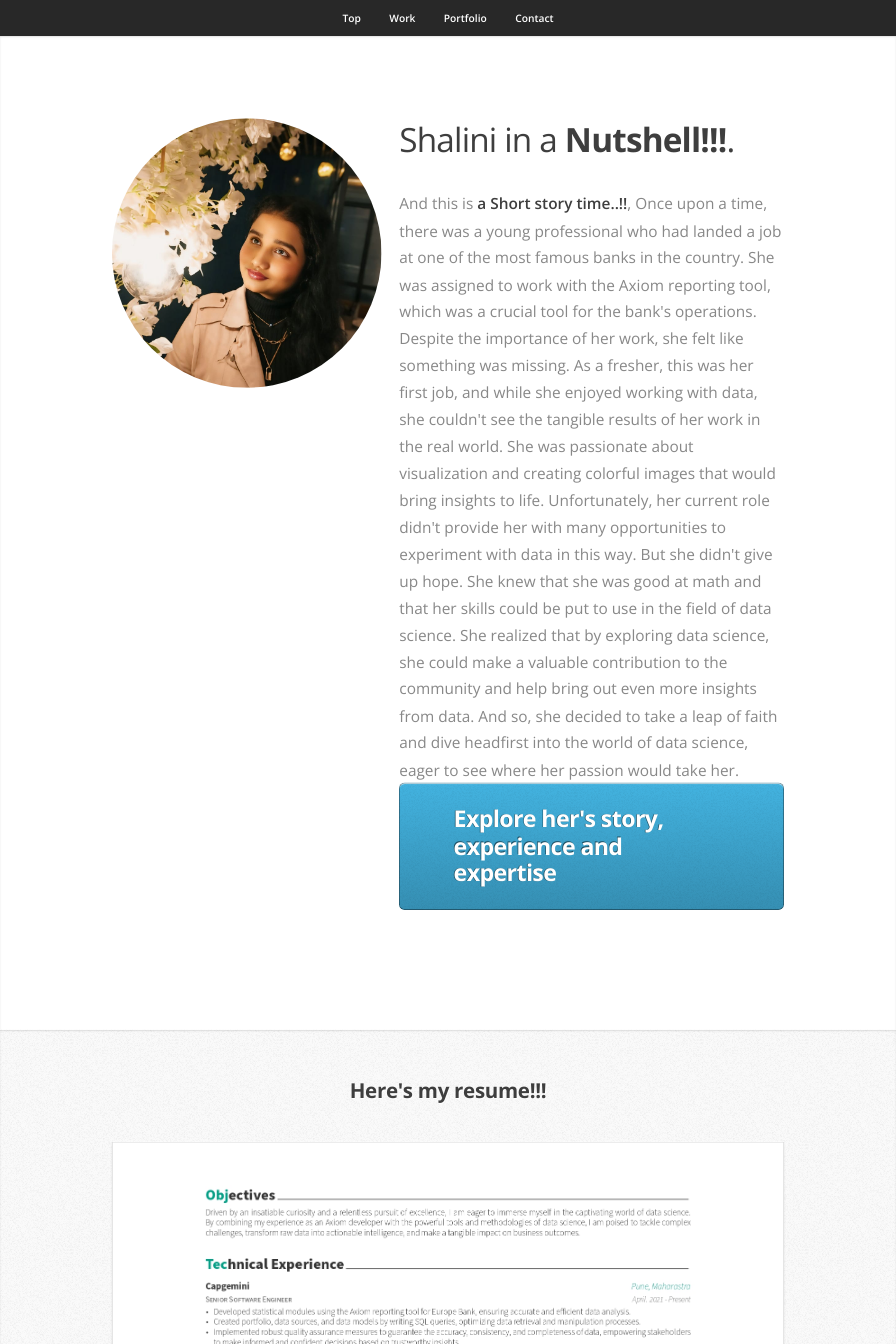
Repository: Shalini-Nanda-ds/Shalini-s-portfolio
Page: index.html
These files come from the project's save history. The page is drawn as it stood at one moment and after the next save; the edit follows.
The browser window is 1280 px wide. The pictures show the part of the page from y = 0 to 1920 px (the page is 4530 px tall), at 70% of full size.

Above is the page before, as saved 2025-03-21 11:39:22.

### index.html
<!DOCTYPE HTML>
<!--
	Miniport by HTML5 UP
	html5up.net | @ajlkn
	Free for personal and commercial use under the CCA 3.0 license (html5up.net/license)
-->
<html>
	<head>
		<title>Shalini's Portfolio</title>
		<meta charset="utf-8" />
		<meta name="viewport" content="width=device-width, initial-scale=1, user-scalable=no" />
		<link rel="stylesheet" href="assets/css/main.css" />
	</head>
	<body class="is-preload">

		<!-- Nav -->
			<nav id="nav">
				<ul class="container">
					<li><a href="#top">Top</a></li>
					<li><a href="#work">Work</a></li>
					<li><a href="#portfolio">Portfolio</a></li>
					<li><a href="#contact">Contact</a></li>
				</ul>
			</nav>

		<!-- Home -->
			<article id="top" class="wrapper style1">
				<div class="container">
					<div class="row">
						<div class="col-4 col-5-large col-12-medium">
							<img src="images/WhatsApp Image 2025-03-21 at 11.20.08 AM (1).jpeg" alt=""
            style="max-width: 100%; height: auto; border-radius: 50%; object-fit: cover; aspect-ratio: 1/1; display: block;"/>
						</div>
						<div class="col-8 col-7-large col-12-medium">
							<header>
								<h1>Shalini in a <strong>Nutshell!!!</strong>.</h1>
							</header>
							<p>And this is <strong>a Short story time..!!</strong>,
								Once upon a time, there was a young professional who had landed a job at one of the most famous banks in the country. She was assigned to work with the Axiom reporting tool, which was a crucial tool for the bank's operations. Despite the importance of her work, she felt like something was missing.

		As a fresher, this was her first job, and while she enjoyed working with data, she couldn't see the tangible results of her work in the real world. She was passionate about visualization and creating colorful images that would bring insights to life. Unfortunately, her current role didn't provide her with many opportunities to experiment with data in this way.

		But she didn't give up hope. She knew that she was good at math and that her skills could be put to use in the field of data science. She realized that by exploring data science, she could make a valuable contribution to the community and help bring out even more insights from data. And so, she decided to take a leap of faith and dive headfirst into the world of data science, eager to see where her passion would take her.
							<a href="#work" class="button large scrolly">Explore her's story, experience and expertise</a>
						</div>
					</div>
				</div>
			</article>
<!-- Work -->
<article id="work" class="wrapper style2">
	<div class="container">
		<header>
			<h2>Here's my resume!!!</h2>
		</header>
		<div class="row aln-center">
			<div class="col-12">
				<section class="box style1">
					<div class="resume-wrapper">
						<a href="images\Final_one.pdf" download>
							<img src="images\Final_one_page-0001.jpg" alt="Resume Preview" class="resume-image">
						</a>
					</div>
				</section>
			</div>
		</div>
		<div class="row aln-center">
			<div class="col-12">
				<footer class="align-center">
					<!-- Removed the "Download Resume" button -->
					<a href="#portfolio" class="button small scrolly">See some of my recent work</a>
				</footer>
			</div>
		</div>
	</div>
</article>




		<style>
			.resume-wrapper {
				width: 100%;
				max-width: 800px; /* Set your desired maximum width here */
				margin: 0 auto; /* Center the resume image horizontally */
				overflow: hidden;
				padding-bottom: 100%;
				position: relative;
			}

			.resume-image {
				position: absolute;
				top: 0;
				left: 0;
				width: 100%;
				height: 100%;
				object-fit: cover;
			}

			.align-center {
				text-align: center;
				margin-top: 2em;
			}

			.align-center .button {
				margin-top: 1em;
			}
		</style>



		<!-- Portfolio -->
		<article id="portfolio" class="wrapper style3">
			<div class="container">
				<header>
					<h2>Here’s some stuff I made recently.</h2>
					<!-- <p>Proin odio consequat sapien vestibulum consequat lorem dolore feugiat.</p> -->
				</header>
				<div class="row">
					<div class="col-4 col-6-medium col-12-small">
						<article class="box style2">
							<a href="https://github.com/Shalini-Nanda-ds/Movie-Recommendation-System" class="image featured" target="_blank"><img src="images\Movie_recommend.webp" alt="Movie Recommendation System" /></a>
							<h3><a href="https://github.com/Shalini-Nanda-ds/Movie-Recommendation-System" target="_blank">Movie Recommendation System</a></h3>
							<!-- <p>Ornare nulla proin odio consequat.</p> -->
						</article>
					</div>
					<div class="col-4 col-6-medium col-12-small">
						<article class="box style2">
							<a href="https://github.com/Shalini-Nanda-ds/Laptop-Price-Predictor" class="image featured" target="_blank"><img src="images/Laptop_price.webp" alt="Laptop Price Predictor" /></a>
							<h3><a href="https://github.com/Shalini-Nanda-ds/Laptop-Price-Predictor" target="_blank">Laptop Price Predictor</a></h3>
							<!-- <p>Ornare nulla proin odio consequat.</p> -->
							</article>
					</div>

					<div class="col-4 col-6-medium col-12-small">
						<article class="box style2">
							<a href="https://github.com/Shalini-Nanda-ds/Customer-Churn-Prediction" class="image featured" target="_blank"><img src="images\Customer_churn.webp" alt="Customer Churn Prediction" /></a>
							<h3><a href="https://github.com/Shalini-Nanda-ds/Customer-Churn-Prediction" target="_blank">Customer Churn Prediction</a></h3>
							<!-- <p>Ornare nulla proin odio consequat.</p> -->
							</article>
					</div>
					<div class="col-4 col-6-medium col-12-small">
						<article class="box style2">
							<a href="https://github.com/Shalini-Nanda-ds/Python-Portfolio" class="image featured" target="_blank"><img src="images/Python_preview.webp" alt="Python Portfolio" /></a>
							<h3><a href="https://github.com/Shalini-Nanda-ds/Python-Portfolio" target="_blank">Python Portfolio</a></h3>
							<!-- <p>Ornare nulla proin odio consequat.</p> -->
							</article>
					</div>
					<div class="col-4 col-6-medium col-12-small">
						<article class="box style2">
							<a href="https://github.com/Shalini-Nanda-ds/SQL-Portfolio" class="image featured" target="_blank"><img src="images\SQL_preview.webp" alt="SQL Portfolio" /></a>
							<h3><a href="https://github.com/Shalini-Nanda-ds/SQL-Portfolio" target="_blank">SQL Portfolio</a></h3>
							<!-- <p>Ornare nulla proin odio consequat.</p> -->
							</article>
					</div>
					<div class="col-4 col-6-medium col-12-small">
						<article class="box style2">
							<a href="https://github.com/Shalini-Nanda-ds/Student_Performance_.git" class="image featured" target="_blank"><img src="images\Student_perform.webp" alt="Student Performance" /></a>
							<h3><a href="https://github.com/Shalini-Nanda-ds/Student_Performance_.git" target="_blank">Student Performance</a></h3>
							<!-- <p>Ornare nulla proin odio consequat.</p> -->
							</article>
					</div>
					<div class="col-4 col-6-medium col-12-small">
						<article class="box style2">
							<a href="https://github.com/Shalini-Nanda-ds/Ecommerce_dashboard.git" class="image featured" target="_blank"><img src="images\e_commerce_preview.webp" alt="Ecommerce dashboard" /></a>
							<h3><a href="https://github.com/Shalini-Nanda-ds/Ecommerce_dashboard.git" target="_blank">Ecommerce Dashboard 📈💰📊</a></h3>
							<!-- <p>Ornare nulla proin odio consequat.</p> -->
							</article>
					</div>
					<div class="col-4 col-6-medium col-12-small">
						<article class="box style2">
							<a href="https://github.com/Shalini-Nanda-ds/HR_Analytics_Dashboard.git" class="image featured" target="_blank"><img src="images\HR_report_preview.webp" alt="HR Analytics Report" /></a>
							<h3><a href="https://github.com/Shalini-Nanda-ds/HR_Analytics_Dashboard.git" target="_blank">HR Analytics Report 🧑🏻‍💻👩🏻📈</a></h3>
							<!-- <p>Ornare nulla proin odio consequat.</p> -->
							</article>
					</div>

				</div>
				<footer class="align-center">
					<!-- <p>Lorem ipsum dolor sit sapien vestibulum ipsum primis?</p> -->
					<a href="#contact" class="button large scrolly">Get in touch with me</a>
				</footer>
			</div>
		</article>


		<!-- Contact -->
		<article id="contact" class="wrapper style4">
			<div class="container medium">
				<div class="row">
					<div class="col-12">
						<hr />
						<h3>Find me on ...</h3>
						<ul class="social">
							<li><a href="https://www.linkedin.com/in/shnanda-ds/" target="_blank" class="icon brands fa-linkedin-in"><span class="label">LinkedIn</span></a></li>
							<li><a href="mailto:shnanda.datascientist07@gmail.com" target="_blank" class="icon solid fa-envelope"><span class="label">Email</span></a></li>
							<li><a href="https://github.com/Shalini-Nanda-ds" target="_blank" class="icon brands fa-github"><span class="label">Github</span></a></li>
							<li><a href="https://datataleswithshalini.blogspot.com" target="_blank" class="icon brands fa-blogger"><span class="label">Blogger</span></a></li>
							<li><a href="tel:+91 9123102656" target="_blank" class="icon solid fa-phone"><span class="label">Phone</span></a></li>
						</ul>
						<hr />
					</div>

				<!-- </div>
				<footer>
					<ul id="copyright">
						<li>&copy; Untitled. All rights reserved.</li>
						<li>Design: <a href="http://html5up.net">HTML5 UP</a></li>
					</ul>
				</footer>
			</div> -->
		</article>

						<!-- <div class="col-12">
							<hr />
							<h3>Find me on ...</h3>
							<ul class="social">
								<li><a href="#" class="icon brands fa-twitter"><span class="label">Twitter</span></a></li>
								<li><a href="#" class="icon brands fa-facebook-f"><span class="label">Facebook</span></a></li>
								<li><a href="#" class="icon brands fa-dribbble"><span class="label">Dribbble</span></a></li>
								<li><a href="#" class="icon brands fa-linkedin-in"><span class="label">LinkedIn</span></a></li>
								<li><a href="#" class="icon brands fa-tumblr"><span class="label">Tumblr</span></a></li>
								<li><a href="#" class="icon brands fa-google-plus"><span class="label">Google+</span></a></li>
								<li><a href="#" class="icon brands fa-github"><span class="label">Github</span></a></li>

								<li><a href="#" class="icon solid fa-rss"><span>RSS</span></a></li>
								<li><a href="#" class="icon brands fa-instagram"><span>Instagram</span></a></li>
								<li><a href="#" class="icon brands fa-foursquare"><span>Foursquare</span></a></li>
								<li><a href="#" class="icon brands fa-skype"><span>Skype</span></a></li>
								<li><a href="#" class="icon brands fa-soundcloud"><span>Soundcloud</span></a></li>
								<li><a href="#" class="icon brands fa-youtube"><span>YouTube</span></a></li>
								<li><a href="#" class="icon brands fa-blogger"><span>Blogger</span></a></li>
								<li><a href="#" class="icon brands fa-flickr"><span>Flickr</span></a></li>
								<li><a href="#" class="icon brands fa-vimeo"><span>Vimeo</span></a></li>
								-->
							<!-- </ul>
							<hr />
						</div>
					</div>
					<footer>
						<ul id="copyright">
							<li>&copy; Untitled. All rights reserved.</li><li>Design: <a href="http://html5up.net"></a></li>
						</ul>
					</footer>
				</div>
			</article>   -->

		<!-- Scripts -->
			<script src="assets/js/jquery.min.js"></script>
			<script src="assets/js/jquery.scrolly.min.js"></script>
			<script src="assets/js/browser.min.js"></script>
			<script src="assets/js/breakpoints.min.js"></script>
			<script src="assets/js/util.js"></script>
			<script src="assets/js/main.js"></script>

	</body>
</html>

Loaded but not shown: assets/css/fontawesome-all.min.css (library); assets/js/jquery.min.js (library); assets/js/jquery.scrolly.min.js (common file); assets/js/browser.min.js (common file); assets/js/breakpoints.min.js (common file); assets/js/util.js (587 lines, source omitted); assets/js/main.js (34 lines, source omitted); assets/css/main.css (2445 lines, source omitted)

After the next save:
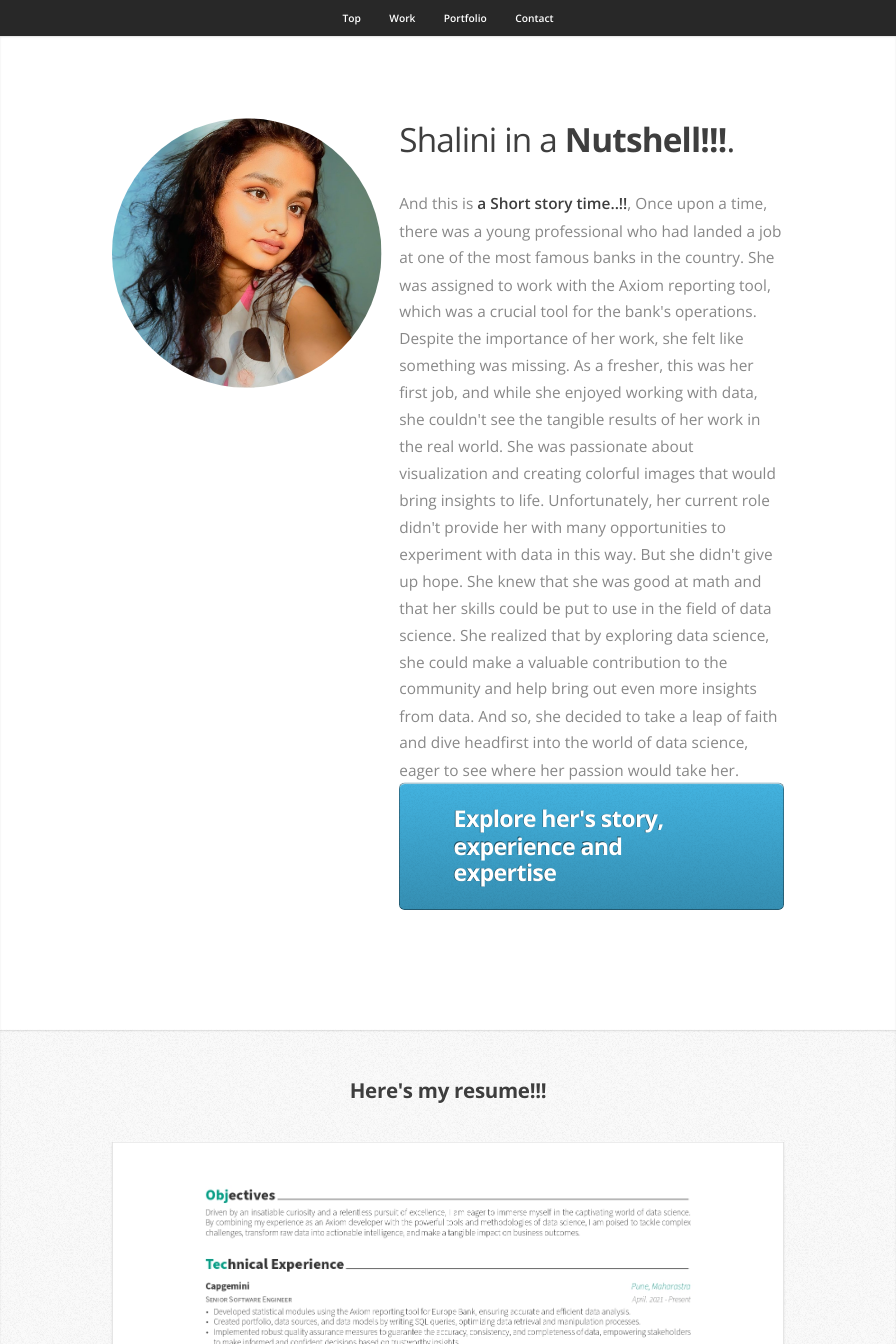
Saved 5 min 4 s later.
--- a/index.html
+++ b/index.html
@@ -28,7 +28,7 @@
 				<div class="container">
 					<div class="row">
 						<div class="col-4 col-5-large col-12-medium">
-							<img src="images/WhatsApp Image 2025-03-21 at 11.20.08 AM (1).jpeg" alt=""
+							<img src="images\new_profile1.jpeg" alt=""
             style="max-width: 100%; height: auto; border-radius: 50%; object-fit: cover; aspect-ratio: 1/1; display: block;"/>
 						</div>
 						<div class="col-8 col-7-large col-12-medium">
